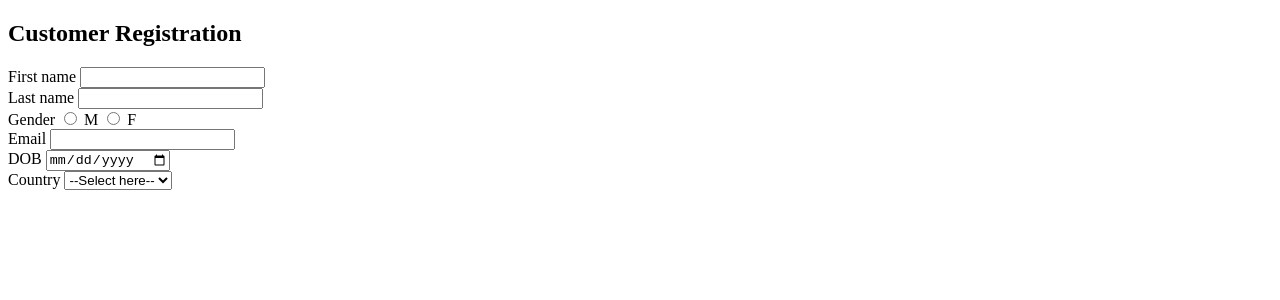
Repository: jbn-aman/wiprobatch1
Page: project/work/html/mywebapp/public/pages/registration.html
The author's editor kept a copy of each file at every save. The page is drawn from the files as they stood at one save, then again after the next save.
The browser window is 1280 px wide. The pictures show the whole page.

Above is the page before, as saved 2024-03-31 10:56:54.

After the next save:
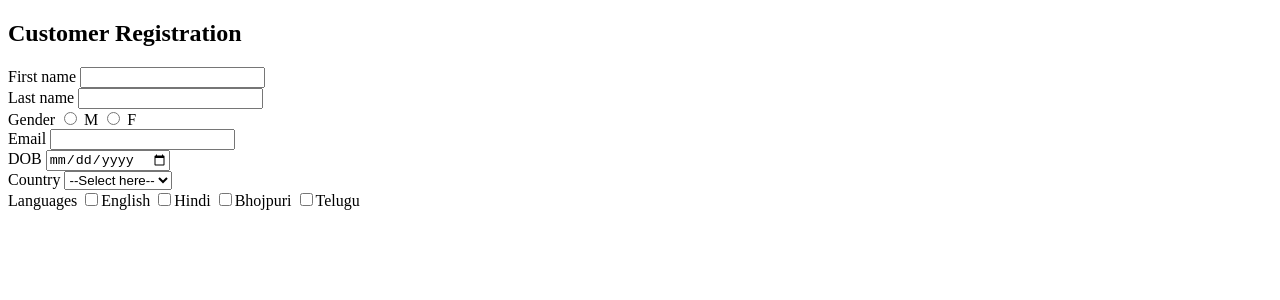
Saved 2 min 53 s later.
--- a/project/work/html/mywebapp/public/pages/registration.html
+++ b/project/work/html/mywebapp/public/pages/registration.html
@@ -47,6 +47,15 @@
 
 		</div>
 
+		<div>
+			<label>Languages</label>
+			<input type = "checkbox" name="lang" value ="English">English
+			<input type = "checkbox" name="lang" value ="Hindi">Hindi
+			<input type = "checkbox" name="lang" value ="Bhojpuri">Bhojpuri
+			<input type = "checkbox" name="lang" value ="Telugu">Telugu
+
+			</div>
+
 	</form>
 </body>
 </html>
